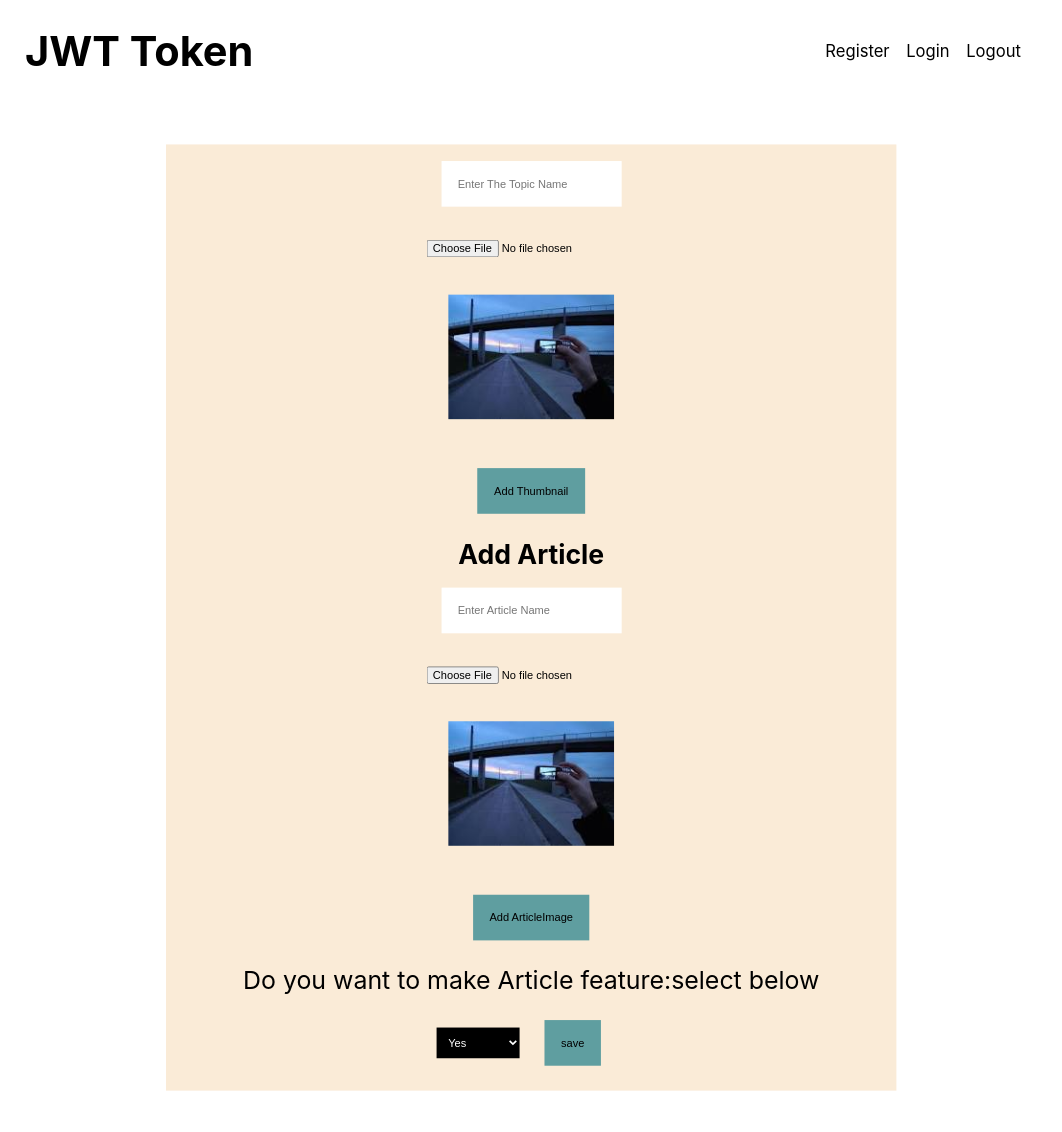
Repository: Prafullkuma/jwttoken
Page: /admin
The author's editor kept a copy of each file at every save. The page is drawn from the files as they stood at one save, then again after a run of saves.
The browser window is 1280 px wide. The pictures show the whole page, at 83% of full size.
The project was rebuilt for these pictures with package versions that can differ from the ones it lists, and the page was loaded fresh each time. Also part of the build but not shown: src/App.css, src/component/Auth/Signup.js, src/component/Auth/Signin.js, src/component/User/User.js, src/component/Home/Home.js, src/component/Auth/Logout.js.

Above is the page before, as saved 2020-08-22 22:16:17.

After the next 2 saves:
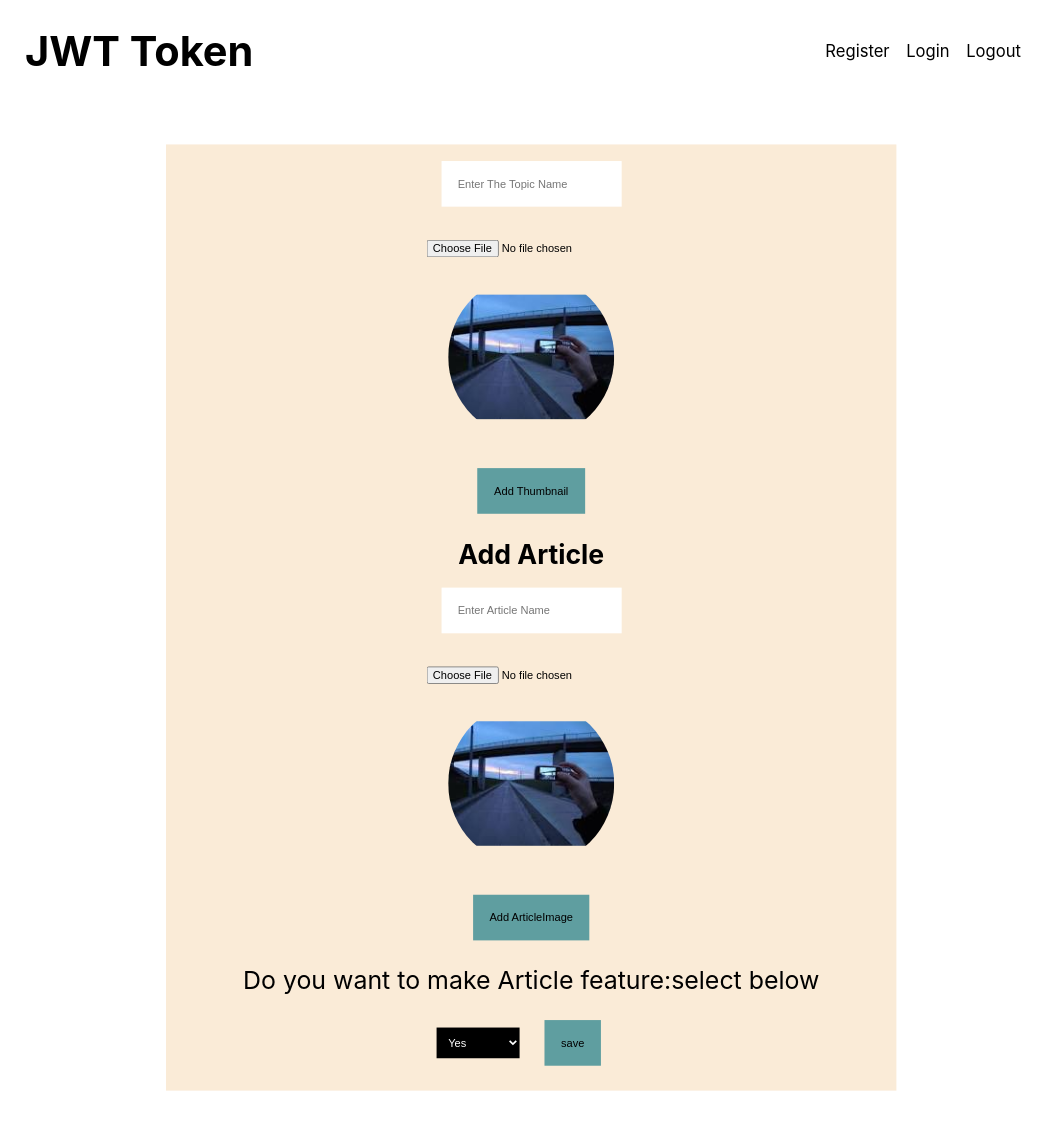
The 2 saves are shown as one change because they came seconds apart.
The last was saved 13 s later.
--- a/src/component/Admin/Dashboard.css
+++ b/src/component/Admin/Dashboard.css
@@ -25,7 +25,7 @@
     height: 200px;
     width: 200px;
     object-fit: contain;
-    border-radius: 20px;
+    border-radius: 100px;
 }
 .Dashboard select{
     padding: 10px;
